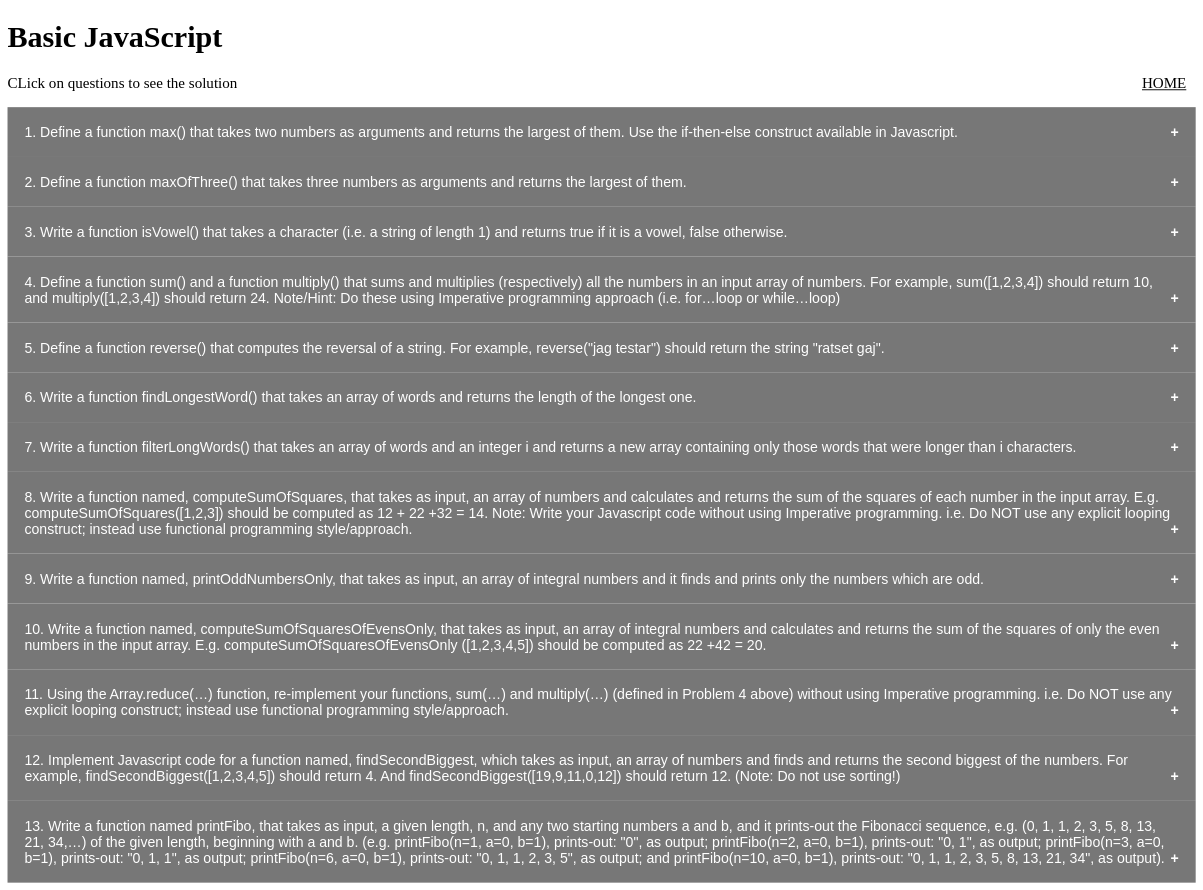
Repository: luqmang316/luqmang316.github.io
Page: BasicJavaScript/BasicJavaScript.html
The author's editor kept a copy of each file at every save. The page is drawn from the files as they stood at one save, then again after the next save.
The browser window is 1280 px wide. The pictures show the whole page, at 94% of full size.

Above is the page before, as saved 2020-11-08 16:23:45.

After the next save:
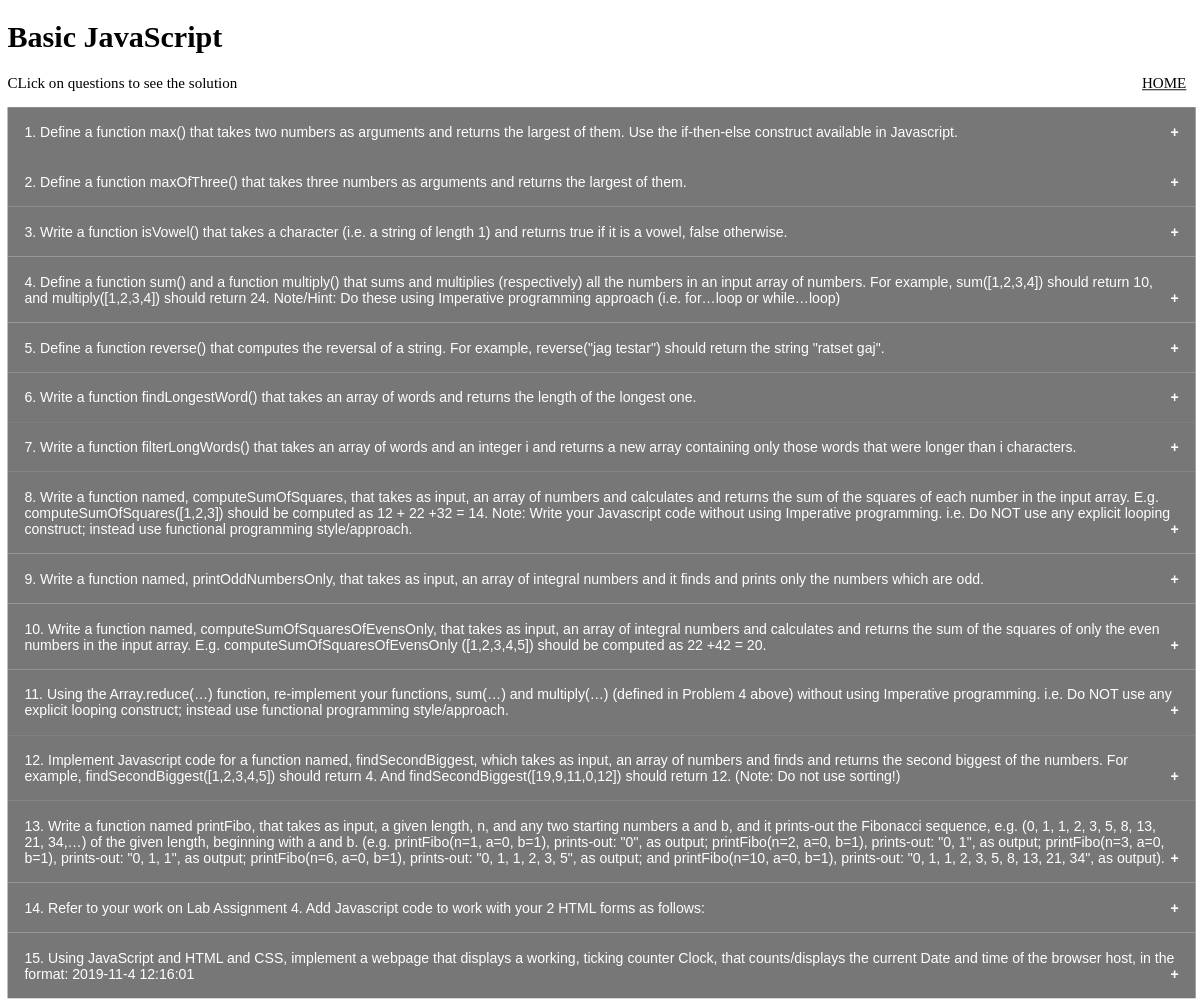
Saved 47 s later.
--- a/BasicJavaScript/BasicJavaScript.html
+++ b/BasicJavaScript/BasicJavaScript.html
@@ -398,6 +398,64 @@
         </div>
     </div>
 
+    <button class="collapsible">14.	Refer to your work on Lab Assignment 4. Add Javascript code to work with your 2 HTML forms as follows:</button>
+    <div class="content">
+        <p>
+            <span>a. Login Form: Add code such that when the Submit button is clicked, the values entered in the input fields are printed to the Console.</span>
+            <br/>
+            <br/>
+            <a href="../w1d4/loginForm.html">Login Form</a>
+
+        </p>
+        <p>
+            <span>b. New Product Form: Add code such that when the Submit button is clicked, the values entered in the input fields are displayed in a pop-up window.</span>
+            <br/>
+            <a href="../w1d4/productForm.html">New Product Form</a>
+        </p>
+
+    </div>
+
+
+    <button class="collapsible">15.	Using JavaScript and HTML and CSS, implement a webpage that displays a working, ticking counter Clock, that counts/displays the current Date and time of the browser host, in the format: 2019-11-4 12:16:01  </button>
+    <div class="content">
+        <div class="box-left-column">
+            <span>Ticking counter Clock</span>
+            <p>
+                <button onclick="">Show Ticking counter Clock</button>
+                <span>Time:</span>
+                <span id="output15"></span>
+            </p>
+        </div>
+
+        <div class="box-right-column">
+            <pre>
+                &lt;script&gt;
+                setInterval(() => {
+                    let now = new Date();
+                    console.log(now.getFullYear()+"-"+now.getMonth()+"-"+now.getDate()+" " +now.getHours()+":"+now.getMinutes()+":"+now.getSeconds());
+                }, 1000)
+                &lt;/script&gt;
+            </pre>
+        </div>
+    </div>
+
+    <script>
+        var coll = document.getElementsByClassName("collapsible");
+        var i;
+
+        for (i = 0; i < coll.length; i++) {
+            coll[i].addEventListener("click", function() {
+                this.classList.toggle("active");
+                var content = this.nextElementSibling;
+                if (content.style.maxHeight) {
+                    content.style.maxHeight = null;
+                } else {
+                    content.style.maxHeight = content.scrollHeight + "px";
+                }
+            });
+        }
+    </script>
+
 
 </body>
 

After the save that followed:
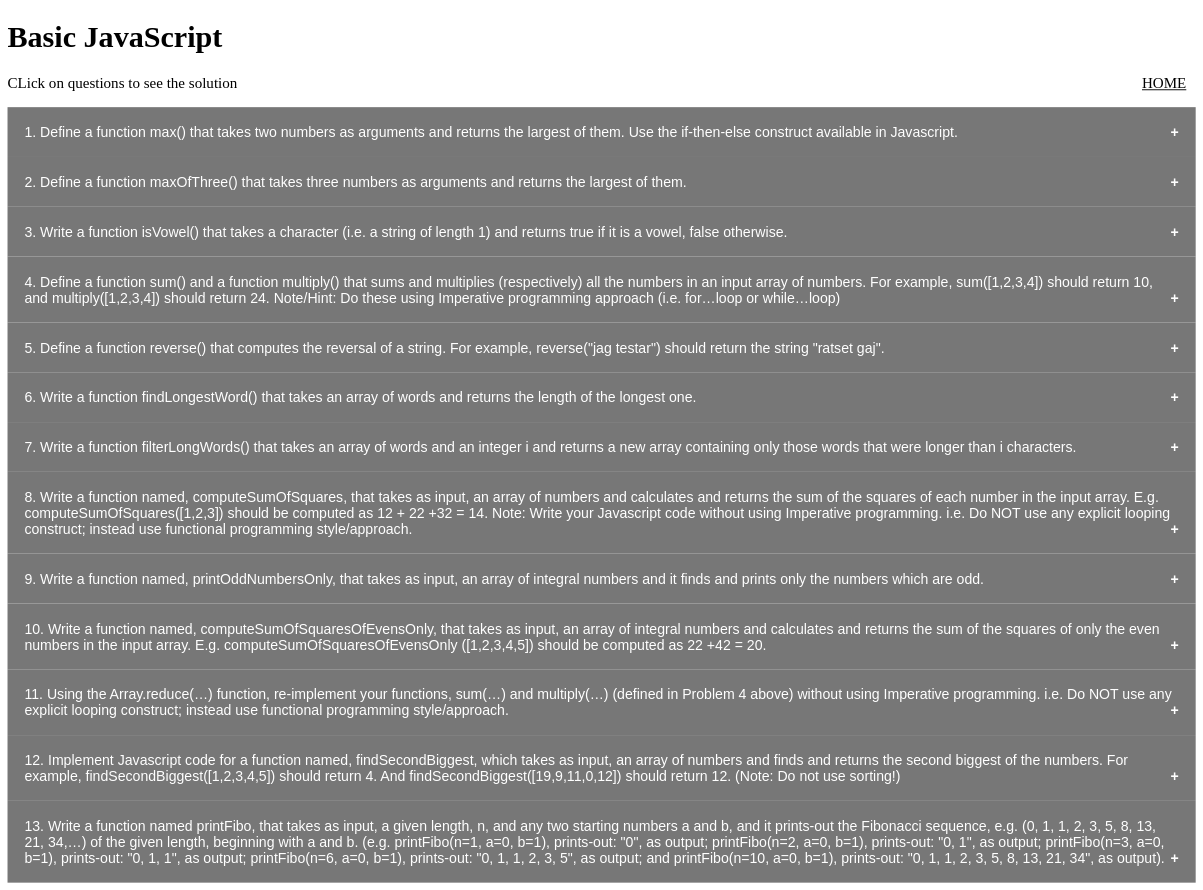
Saved 25 s later.
--- a/BasicJavaScript/BasicJavaScript.html
+++ b/BasicJavaScript/BasicJavaScript.html
@@ -398,7 +398,7 @@
         </div>
     </div>
 
-    <button class="collapsible">14.	Refer to your work on Lab Assignment 4. Add Javascript code to work with your 2 HTML forms as follows:</button>
+    <!-- <button class="collapsible">14.	Refer to your work on Lab Assignment 4. Add Javascript code to work with your 2 HTML forms as follows:</button>
     <div class="content">
         <p>
             <span>a. Login Form: Add code such that when the Submit button is clicked, the values entered in the input fields are printed to the Console.</span>
@@ -437,7 +437,7 @@
                 &lt;/script&gt;
             </pre>
         </div>
-    </div>
+    </div> -->
 
     <script>
         var coll = document.getElementsByClassName("collapsible");
